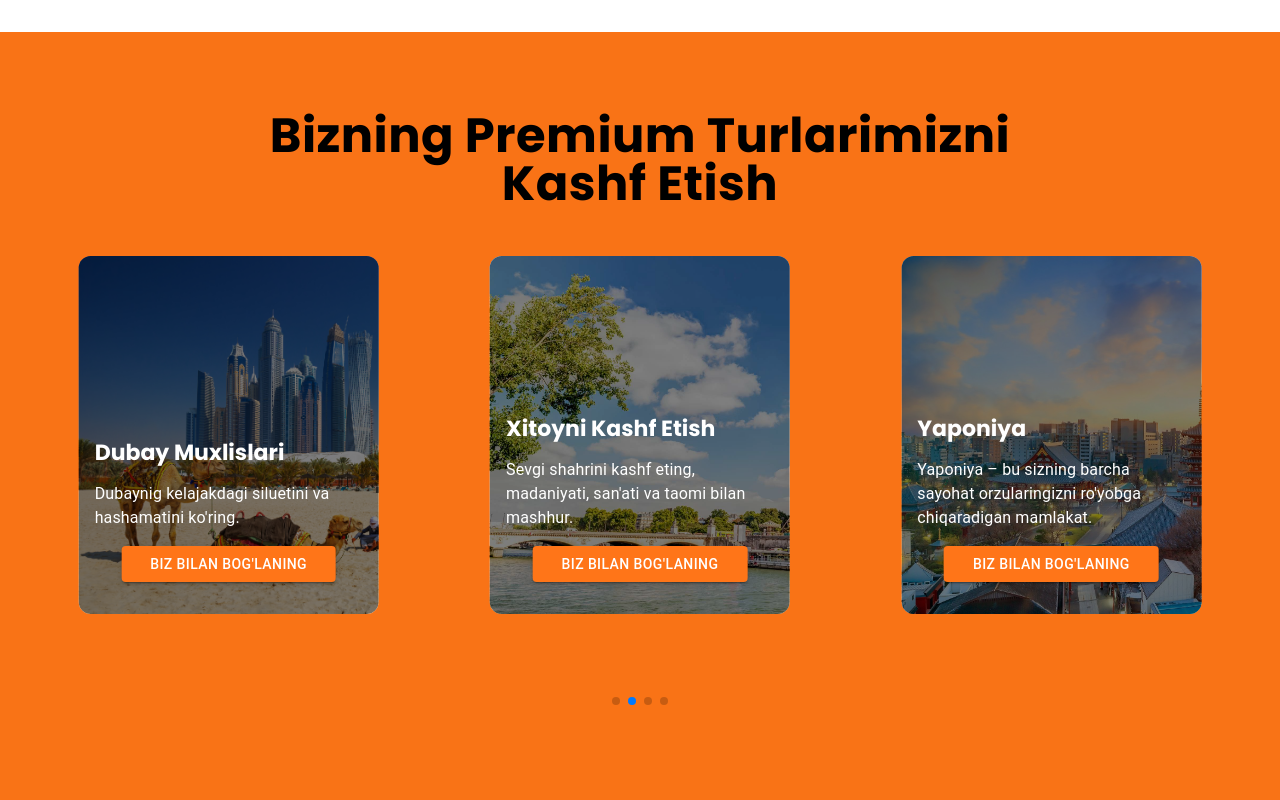
Repository: OgabekErkinov/i-am-tourist
Page: /
The author's editor kept a copy of each file at every save. The page is drawn from the files as they stood at one save, then again after the next save.
The browser window is 1280 px wide. The pictures show the whole page.
The project was rebuilt for these pictures with package versions that can differ from the ones it lists, and the page was loaded fresh each time. Also part of the build but not shown: vite.config.js, src/components/navbar/LightDarkButton.jsx, src/I18/i18.js, src/components/navbar/languages/LanguageButton.jsx, src/components/navbar/NavbarItem.jsx, src/components/navbar/SocialNetworks.jsx, src/components/navbar/Logo.jsx, src/components/navbar/SectionsLinks.jsx and 7 more.

Above is the page before, as saved 2024-12-24 15:52:58.

### index.html
<!doctype html>
<html lang="en">
  <head>
    <meta charset="UTF-8" />
    <link rel="icon" type="image/svg+xml" href="https://www.ifly.com.uz/assets/logo-BPA5zOgc.png" />
    <meta name="viewport" content="width=device-width, initial-scale=1.0" />
    <link rel="preconnect" href="https://fonts.googleapis.com">
    <link rel="preconnect" href="https://fonts.gstatic.com" crossorigin>
    <link href="https://fonts.googleapis.com/css2?family=Poppins:ital,wght@0,100;0,200;0,300;0,400;0,500;0,600;0,700;0,800;0,900;1,100;1,200;1,300;1,400;1,500;1,600;1,700;1,800;1,900&display=swap" rel="stylesheet">
    <title>iFLY.com</title>
  </head>
  <body>
    <div id="root"></div>
    <script type="module" src="/src/main.jsx"></script>
  </body>
</html>

### src/index.css
/* Universal Reset */
* {
  margin: 0;
  padding: 0;
  box-sizing: border-box;
}


/* Root Container */
#root {
  max-width: 1900px;
  margin: 0 auto;
  display: flex;
  flex-direction: column;
  align-items: center;
  justify-content: center;
  font-family: 'Poppins';
  box-sizing: border-box;
}

### src/App.jsx
import { Stack } from "@mui/material"
import Header from "./components/header/Header"
import Main from "./components/main/Main"

function App() {


  return (
    <Stack width='100%'
           height='auto'
           alignItems='center'
           gap='1rem'>
        <Header/>
        <Main/>
    </Stack>



  )
}

export default App

### src/components/header/Header.jsx
import { Box, Stack } from '@mui/material';
import Navbar from '../navbar/Navbar';
import Slider from './Slider';
import React from 'react';
import Cards from '../cards/Cards';

const Header = () => {
  return (
    <Stack height="auto"
           width='100%'
           gap="2rem"
           marginBottom='1rem'
           boxSizing="border-box">
             <Stack width="100%"
                    height="auto"
                    alignItems='center'>
                         {/* <Box width="100%"
                              height="10vh"
                              bgcolor="transparent">
                        </Box> */}
                        {/* <Navbar /> */}
                        {/* <Slider /> */}
               </Stack>
               {/* <Cards /> */}
    </Stack>
  );
}

export default Header;

### src/components/main/Main.jsx
import { Stack } from '@mui/material'
import React from 'react'
import PremiumTours from '../premium/PremiumTours'
import TourPlaces from '../tourPlaces/TourPlaces'
import About from '../about/About'

const Main = () => {
  return (
    <Stack width={'100%'}
           height={'auto'}
           alignItems={'center'}
           gap='1rem'>
        <PremiumTours/>
        {/* <TourPlaces/> */}
        {/* <About/> */}

    </Stack>
  )
}

export default Main

### src/components/premium/PremiumTours.jsx
import React from 'react';
import { Stack, Typography, Box } from '@mui/material';
import 'swiper/css';
import 'swiper/css/effect-fade';
import 'swiper/css/pagination';
import 'swiper/css/autoplay';
import { Swiper, SwiperSlide } from 'swiper/react';
import { Navigation, Pagination, Scrollbar, Autoplay } from 'swiper/modules';
import { premiumToursServices } from '../../Database/db';
import PremiumItem from './PremiumItem';

const PremiumTours = () => {

  return (
    <Stack height={'auto'}
           width={'100%'}
           padding={'5rem 2rem'}
           bgcolor={'#F97316'}
           boxSizing={'border-box'} >
          <Stack height={'100%'}
                 width={'100%'}
                 justifyContent={'space-between'}
                 alignItems={'center'}
                 gap={'2rem'}>
              {/* Title */}
                <Typography fontFamily={'Poppins'}
                            width={'70%'}
                            fontSize={'48px'}
                            lineHeight={'48px'}
                            fontWeight={'bold'}
                            textAlign={'center'}
                            height={'auto'}
                            sx={{
                              '@media (max-width: 900px)': {
                               fontSize: '36px',
                               lineHeight: '40px',
                                },
                              '@media (max-width: 600px)': {
                                fontSize: '24px',
                                lineHeight: '28px',
                                },
                               }}>
                               Bizning Premium Turlarimizni Kashf Etish
                 </Typography>
            {/* Slider */}
                 <Box display={'flex'}
                      alignItems={'center'}
                      justifyContent={'center'}
                      height={'30rem'}
                      width={'100%'}>
                      <Swiper
                          modules={[Navigation, Pagination, Scrollbar, Autoplay]}
                          autoplay={{ delay: 2500, disableOnInteraction: false }}
                          navigation
                          pagination={{ clickable: false }}
                          scrollbar={{ draggable: true }}
                          loop={true}
                          style={{
                               width: '100%',
                               height: '100%',
                               padding : '1rem',
                               display : 'flex',
                               justifyContent : 'center',
                               alignItems : 'center' }}
                          breakpoints={{
                               524: {
                                  slidesPerView: 1,
                                  spaceBetween: 10 },
                               765: {
                                  slidesPerView: 2,
                                  spaceBetween: 20 },
                              1200: {
                                  slidesPerView: 3,
                                  spaceBetween: 50 } }}>
                          {
                           premiumToursServices?.map((tour, idx) => {
                                  return (
                                         <SwiperSlide key={idx}>
                                                 <PremiumItem tour={tour} />
                                           </SwiperSlide>
                                          );  })
                           }
                       </Swiper>
                  </Box>
            </Stack>
    </Stack>
  );
};

export default PremiumTours;

### src/Database/db.js
export const social_medias = [
    {
        id : 1,
        name : 'facebook',
        link : 'https://www.facebook.com',
        pathD : 'M279.14 288l14.22-92.66h-88.91v-60.13c0-25.35 12.42-50.06 52.24-50.06h40.42V6.26S260.43 0 225.36 0c-73.22 0-121.08 44.38-121.08 124.72v70.62H22.89V288h81.39v224h100.17V288z'
    },
    {
        id : 2,
        name : 'twitter',
        url : 'https://www.twitter.com',
        pathD : 'M419.37 151.716c.325 4.548.325 9.097.325 13.645 0 138.72-105.583 298.558-298.558 298.558-59.452 0-114.68-17.219-161.137-47.106 8.447.974 16.568 1.299 25.34 1.299 49.055 0 94.213-16.568 130.274-44.832-46.132-.975-84.792-31.188-98.112-72.772 6.498.974 12.995 1.624 19.818 1.624 9.421 0 18.843-1.3 27.614-3.573-48.081-9.747-84.143-51.98-84.143-102.985v-1.299c13.969 7.797 30.214 12.67 47.431 13.319-28.264-18.843-46.781-51.005-46.781-87.391 0-19.492 5.197-37.36 14.294-52.954 51.655 63.675 129.3 105.258 216.365 109.807-1.624-7.797-2.599-15.918-2.599-24.04 0-57.828 46.782-104.934 104.934-104.934 30.213 0 57.502 12.67 76.67 33.137 23.715-4.548 46.456-13.32 66.599-25.34-7.798 24.366-24.366 44.833-46.132 57.827 21.117-2.273 41.584-8.122 60.426-16.243-14.292 20.791-32.161 39.308-52.628 54.253z'
    },
    {
        id : 3,
        name : 'instagram',
        url : 'https://www.instagram.com/ifly.com.uz',
        pathD : 'M224.1 141c-63.6 0-114.9 51.3-114.9 114.9s51.3 114.9 114.9 114.9S339 319.5 339 255.9 287.7 141 224.1 141zm0 189.6c-41.1 0-74.7-33.5-74.7-74.7s33.5-74.7 74.7-74.7 74.7 33.5 74.7 74.7-33.6 74.7-74.7 74.7zm146.4-194.3c0 14.9-12 26.8-26.8 26.8-14.9 0-26.8-12-26.8-26.8s12-26.8 26.8-26.8 26.8 12 26.8 26.8zm76.1 27.2c-1.7-35.9-9.9-67.7-36.2-93.9-26.2-26.2-58-34.4-93.9-36.2-37-2.1-147.9-2.1-184.9 0-35.8 1.7-67.6 9.9-93.9 36.1s-34.4 58-36.2 93.9c-2.1 37-2.1 147.9 0 184.9 1.7 35.9 9.9 67.7 36.2 93.9s58 34.4 93.9 36.2c37 2.1 147.9 2.1 184.9 0 35.9-1.7 67.7-9.9 93.9-36.2 26.2-26.2 34.4-58 36.2-93.9 2.1-37 2.1-147.8 0-184.8zM398.8 388c-7.8 19.6-22.9 34.7-42.6 42.6-29.5 11.7-99.5 9-132.1 9s-102.7 2.6-132.1-9c-19.6-7.8-34.7-22.9-42.6-42.6-11.7-29.5-9-99.5-9-132.1s-2.6-102.7 9-132.1c7.8-19.6 22.9-34.7 42.6-42.6 29.5-11.7 99.5-9 132.1-9s102.7-2.6 132.1 9c19.6 7.8 34.7 22.9 42.6 42.6 11.7 29.5 9 99.5 9 132.1s2.7 102.7-9 132.1z'
    },
    {
        id : 4,
        name : 'linkedIn',
        url : 'https://www.linkedin.com',
        pathD : 'M100.28 448H7.4V148.9h92.88zM53.79 108.1C24.09 108.1 0 83.5 0 53.8a53.79 53.79 0 0 1 107.58 0c0 29.7-24.1 54.3-53.79 54.3zM447.9 448h-92.68V302.4c0-34.7-.7-79.2-48.29-79.2-48.29 0-55.69 37.7-55.69 76.7V448h-92.78V148.9h89.08v40.8h1.3c12.4-23.5 42.69-48.3 87.88-48.3 94 0 111.28 61.9 111.28 142.3V448z'
    },
    {
        id : 5,
        name : 'youtube',
        url : 'https://www.youtube.com',
        pathD : 'M549.655 124.083c-6.281-23.65-24.787-42.276-48.284-48.597C458.781 64 288 64 288 64S117.22 64 74.629 75.486c-23.497 6.322-42.003 24.947-48.284 48.597-11.412 42.867-11.412 132.305-11.412 132.305s0 89.438 11.412 132.305c6.281 23.65 24.787 41.5 48.284 47.821C117.22 448 288 448 288 448s170.78 0 213.371-11.486c23.497-6.321 42.003-24.171 48.284-47.821 11.412-42.867 11.412-132.305 11.412-132.305s0-89.438-11.412-132.305zm-317.51 213.508V175.185l142.739 81.205-142.739 81.201z'
    }
]

export const navLinks = [
    {
        id : 6,
        name : 'Excursions',
        link : '#excursions'
    },
    {
        id : 7,
        name : 'City',
        link : '#city'
    },
    {
        id : 8,
        name : 'About',
        link : '#about'
    },
    {
        id : 9,
        name : 'Contact',
        link : '#contact'
    }
]

export const SliderItems = [
    {
        url : '/malakali.jpg',
        heading : 'Malakali shahar',
        paragraph : "Dunyoning ko'ngilochar poytaxtiga sho'ng'ing."
    },
    {
        url : '/turkiya.jpg',
        heading : 'Sehrli Turkiya',
        paragraph : "Turkiyaning boy tarixi va ajoyib manzaralarini o'rganing."
    },
    {
        url : '/orol.jpg',
        heading : 'Orol chekinishi',
        paragraph : 'Ajoyib orol landshaftlari orasida tinchlikni his eting.'
    },
    {
        url : '/yaponiya.jpg',
        heading : 'Yaponiya',
        paragraph : "Zamonaviy hayot va qadimiy an'analar mamlakati"
    },
    {
        url : '/dubai.jpg',
        heading : "Dubayni kashf eting",
        paragraph : "Birlashgan Arab Amirliklarida hashamat, innovatsiyalar va sarguzashtlarni kashf eting."

    },
    {
        url : '/xitoyni.jpg',
        heading : 'Xitoyni kashf qiling',
        paragraph : "Xitoy: qadimgi tarix, Buyuk devor, innovatsiyalar, jonli madaniyat."
    },
    {
        url : '/tailand.jpg',
        heading : 'Tropik Tailand',
        paragraph : "Chiroyli plyajlarda dam oling va mazali taomlarni tatib ko'ring."
    }
]

export const addBanners = [
    {
        heading : 'Ajoyib plyaj',
        paragraph : 'Zamonaviy plyajlarni kashf eting va quyosh ostida dam oling.'
    },
    {
        heading : "Tog' sarguzashtlari",
        paragraph : "Qiziqarli tog' sayohatiga chiqing va tabiatni o'rganing."
    },
    {
        heading : 'Shahar sayohatlari',
        paragraph : "Qiziqarli tog' sayohatiga chiqing va tabiatni o'rganing."
    }
]

export const languages = [
    {
        lang : "o'zbek",
        flag : '/uzbekistan.png',
        translator : 'uz'
    },
    {
        lang : 'english',
        flag : '/united-states.png',
        translator : 'en'
    },
    {
        lang : 'русский',
        flag : '/russia.png',
        translator : 'ru'
    }
]

export const premiumToursServices = [
    {
        title : 'Tokio Sarguzashtlari',
        paragraph : "Yaponiya yuragida an'ana va texnologiyaning uyg'unligini his eting.",
        image : '/tokioprem.jpg'
    },
    {
        title : 'Dubay Muxlislari',
        paragraph : "Dubaynig kelajakdagi siluetini va hashamatini ko'ring.",
        image : '/dubaipremium.jpg'
    },
    {
        title : 'Xitoyni Kashf Etish',
        paragraph : "Sevgi shahrini kashf eting, madaniyati, san'ati va taomi bilan mashhur.",
        image : '/xitoyprem.jpg'
    },
    {
        title : 'Yaponiya',
        paragraph : "Yaponiya – bu sizning barcha sayohat orzularingizni ro'yobga chiqaradigan mamlakat.",
        image : '/xitoypremium.jpg'
    }
]

export const tourPlaces = [
    {
        image : '/yaponiya.jpg',
        title : 'Tokio, Yaponiya',
        paragraph : "Tokio Yaponiya poytaxti bo'lib, an'anaviy binolarni zamonaviy osmono'parlar bilan birlashtirish."
    },
    {
        image : '/orol.jpg',
        title : 'Orol joyi',
        paragraph : "Shahar shovqinidan uzoqda, tabiatning ajoyib go'zalligida dam oling."
    },
    {
        image : '/dubai.jpg',
        title : 'Dubay, BAA',
        paragraph : "Dubayning hargi skylinesi va hashamatini guvohi boling."
    },
    {
        image : '/vetnam.jpg',
        title : 'Vetnam sarguzashti',
        paragraph : "Vetnamning go'zalligiga kirib boring, rang- barang guruch teraslari va noyob madaniyat bilan tanishing!"
    },
    {
        image : '/maldiv.jpg',
        title : 'Maldivlar',
        paragraph : "Oq qumli plyajlar va toza suvlar bilan tropik jannatda dam oling. Hashamatli kurortlar va ajoyib suv osti dunyosidan zavq oling!"
    },
    {
        image : '/tailand.jpg',
        title : 'Tropik Tailand',
        paragraph : "Tailand chiroyli orollari, ko'chada oziq-ovqat va boy madaniyat merosi bilan mashhur."
    },
    {
        image : '/turkiya.jpg',
        title : "Mo'jizaviy Turkiya",
        paragraph : "Turkiyaning boy tarixini va go'zal manzaralarini kashf eting."
    }
]

export const services = [
    {
        pathD : 'M480 192H365.71L260.61 8.06A16.014 16.014 0 0 0 246.71 0h-65.5c-10.63 0-18.3 10.17-15.38 20.39L214.86 192H112l-43.2-57.6c-3.02-4.03-7.77-6.4-12.8-6.4H16.01C5.6 128-2.04 137.78.49 147.88L32 256 .49 364.12C-2.04 374.22 5.6 384 16.01 384H56c5.04 0 9.78-2.37 12.8-6.4L112 320h102.86l-49.03 171.6c-2.92 10.22 4.75 20.4 15.38 20.4h65.5c5.74 0 11.04-3.08 13.89-8.06L365.71 320H480c35.35 0 96-28.65 96-64s-60.65-64-96-64z',
        title : 'Xalqaro Sayohat',
        paragraph : "Dunyodagi eng go'zal joylarga sayohatlarni tashkil etamiz.",
        color : 'blue'
    },
    {
        icon : 'M560 64c8.84 0 16-7.16 16-16V16c0-8.84-7.16-16-16-16H16C7.16 0 0 7.16 0 16v32c0 8.84 7.16 16 16 16h15.98v384H16c-8.84 0-16 7.16-16 16v32c0 8.84 7.16 16 16 16h240v-80c0-8.8 7.2-16 16-16h32c8.8 0 16 7.2 16 16v80h240c8.84 0 16-7.16 16-16v-32c0-8.84-7.16-16-16-16h-16V64h16zm-304 44.8c0-6.4 6.4-12.8 12.8-12.8h38.4c6.4 0 12.8 6.4 12.8 12.8v38.4c0 6.4-6.4 12.8-12.8 12.8h-38.4c-6.4 0-12.8-6.4-12.8-12.8v-38.4zm0 96c0-6.4 6.4-12.8 12.8-12.8h38.4c6.4 0 12.8 6.4 12.8 12.8v38.4c0 6.4-6.4 12.8-12.8 12.8h-38.4c-6.4 0-12.8-6.4-12.8-12.8v-38.4zm-128-96c0-6.4 6.4-12.8 12.8-12.8h38.4c6.4 0 12.8 6.4 12.8 12.8v38.4c0 6.4-6.4 12.8-12.8 12.8h-38.4c-6.4 0-12.8-6.4-12.8-12.8v-38.4zM179.2 256h-38.4c-6.4 0-12.8-6.4-12.8-12.8v-38.4c0-6.4 6.4-12.8 12.8-12.8h38.4c6.4 0 12.8 6.4 12.8 12.8v38.4c0 6.4-6.4 12.8-12.8 12.8zM192 384c0-53.02 42.98-96 96-96s96 42.98 96 96H192zm256-140.8c0 6.4-6.4 12.8-12.8 12.8h-38.4c-6.4 0-12.8-6.4-12.8-12.8v-38.4c0-6.4 6.4-12.8 12.8-12.8h38.4c6.4 0 12.8 6.4 12.8 12.8v38.4zm0-96c0 6.4-6.4 12.8-12.8 12.8h-38.4c-6.4 0-12.8-6.4-12.8-12.8v-38.4c0-6.4 6.4-12.8 12.8-12.8h38.4c6.4 0 12.8 6.4 12.8 12.8v38.4z',
        title : 'Qulay Mehmonxonalar',
        paragraph : " Eng yaxshi va eng qulay mehmonxonalar bilan qoling.",
        color : 'green'
    },
    {
        icon : 'M416 320h-96c-17.6 0-32-14.4-32-32s14.4-32 32-32h96s96-107 96-160-43-96-96-96-96 43-96 96c0 25.5 22.2 63.4 45.3 96H320c-52.9 0-96 43.1-96 96s43.1 96 96 96h96c17.6 0 32 14.4 32 32s-14.4 32-32 32H185.5c-16 24.8-33.8 47.7-47.3 64H416c52.9 0 96-43.1 96-96s-43.1-96-96-96zm0-256c17.7 0 32 14.3 32 32s-14.3 32-32 32-32-14.3-32-32 14.3-32 32-32zM96 256c-53 0-96 43-96 96s96 160 96 160 96-107 96-160-43-96-96-96zm0 128c-17.7 0-32-14.3-32-32s14.3-32 32-32 32 14.3 32 32-14.3 32-32 32z',
        title : "Maxsus yo'nalishlar",
        paragraph : "Har bir mijoz uchun individual yo'nalishlarni yaratamiz.",
        color : 'orange'
    },
    {
        icon : 'M192 256c61.9 0 112-50.1 112-112S253.9 32 192 32 80 82.1 80 144s50.1 112 112 112zm76.8 32h-8.3c-20.8 10-43.9 16-68.5 16s-47.6-6-68.5-16h-8.3C51.6 288 0 339.6 0 403.2V432c0 26.5 21.5 48 48 48h288c26.5 0 48-21.5 48-48v-28.8c0-63.6-51.6-115.2-115.2-115.2zM480 256c53 0 96-43 96-96s-43-96-96-96-96 43-96 96 43 96 96 96zm48 32h-3.8c-13.9 4.8-28.6 8-44.2 8s-30.3-3.2-44.2-8H432c-20.4 0-39.2 5.9-55.7 15.4 24.4 26.3 39.7 61.2 39.7 99.8v38.4c0 2.2-.5 4.3-.6 6.4H592c26.5 0 48-21.5 48-48 0-61.9-50.1-112-112-112z',
        title : "Malakali yo'riqchilar",
        paragraph : " Har bir mijoz uchun individual yo'nalishlarni yaratamiz.",
        color : 'violet'
    }

]

### src/components/premium/PremiumItem.jsx
import { Box, Button, Stack, Typography } from '@mui/material';
import React from 'react';

const PremiumItem = ({ tour }) => {
  return (
    <Box height="80%"
         display="flex"
         justifyContent="center"
         alignItems="center"
         borderRadius="12px"
         overflow="hidden"
         position="relative"
         sx={{
             transition : '0.3s',
             backgroundImage: `url(${tour?.image})`,
             backgroundSize: 'cover',
             '@media(min-width : 300px)' : {
                         width : '300px',
                         marginX : 'auto'  },
             '@media(min-width : 524px)' : {
                         width : '300px' },
              '&:hover' : {
                transform : 'scale(1.1)',
                transition : '0.3s',
              } }} >
         <Stack height="100%"
                width="100%"
                padding="2rem 0"
                boxSizing="border-box"
                borderRadius="12px"
        alignItems="center"
        bgcolor="rgba(0, 0, 0, 0.5)"
        position="absolute"
        zIndex={1}
        sx={{
          '@media(min-width : 300px)' : {
            justifyContent : 'center',
            alignItems : 'center',
            paddingX : '1rem',
            gap : '1rem'
          },
          '@media(min-width : 524px)' : {
            justifyContent : 'flex-end',
            alignItems : 'start'
          }
        }}
        >
        <Typography
          variant="h3"
          sx={{
            fontWeight: 'bold',
            fontFamily: 'Poppins',
            color: 'white',
            textAlign: 'start',
            paddingRight: '10px',
            margin: 0,
            width: 'auto',

            '@media (min-width: 300px)': {
              fontSize: '18px',
            },

            '@media (min-width : 524px)' : {
              fontSize : '22px'
            }
          }}
        >
          {tour.title}
        </Typography>
        <Typography
          width="auto"
          sx={{
            color: 'white',
            textAlign: 'start',

            '@media (min-width: 300px)': {
              fontSize: '12px',
              height : 'auto',
              textAlign : 'center'
            },
            '@media (min-width : 524px)' : {
              fontSize : '16px',
              textAlign : 'start'
            }
          }}>
          {tour.paragraph}
        </Typography>
        <Button
          variant="contained"
          sx={{
            color: 'white',
            backgroundColor: '#FF7518',
            width : '80%',
            margin : '0 auto'
          }}>
          Biz bilan bog'laning
        </Button>
      </Stack>
    </Box>
  );
};

export default PremiumItem;

Loaded but not shown: src/main.jsx (common file)

After the next save:
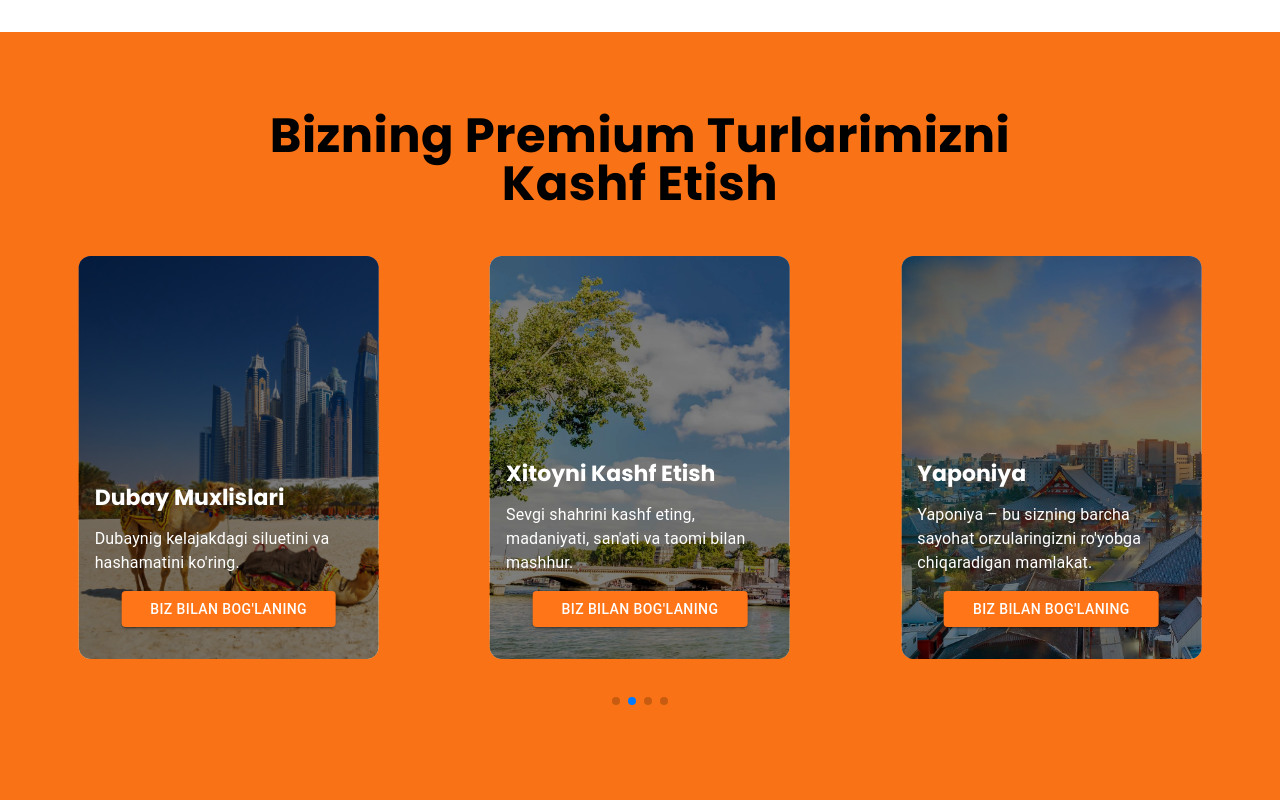
Saved 11 s later.
--- a/src/components/premium/PremiumItem.jsx
+++ b/src/components/premium/PremiumItem.jsx
@@ -3,7 +3,7 @@ import React from 'react';
 
 const PremiumItem = ({ tour }) => {
   return (
-    <Box height="80%"
+    <Box height="90%"
          display="flex"
          justifyContent="center"
          alignItems="center"
